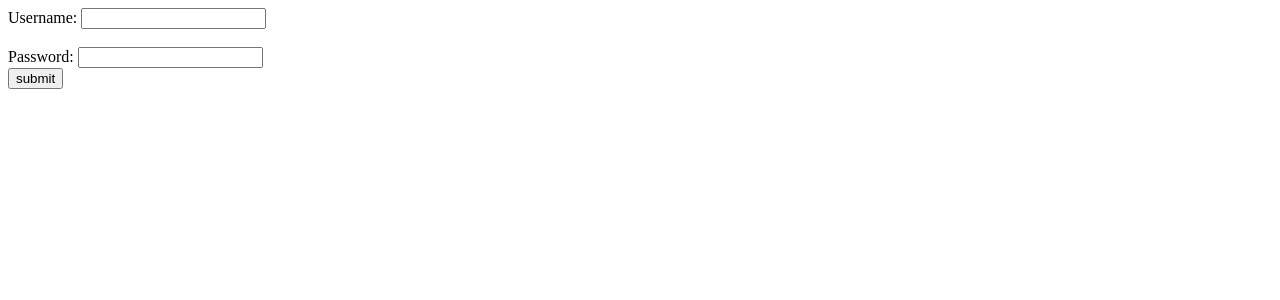
Repository: i-am-enlightened/Spring
Page: http://localhost/LoginSpringApp/login.jsp
These files come from the project's save history. The page is drawn as it stood at one moment and after the next save; the edit follows.
The browser window is 1280 px wide. The pictures show the whole page.
The page is served by Tomcat 9.

Above is the page before, as saved 2019-07-31 13:19:03.

After the next save:
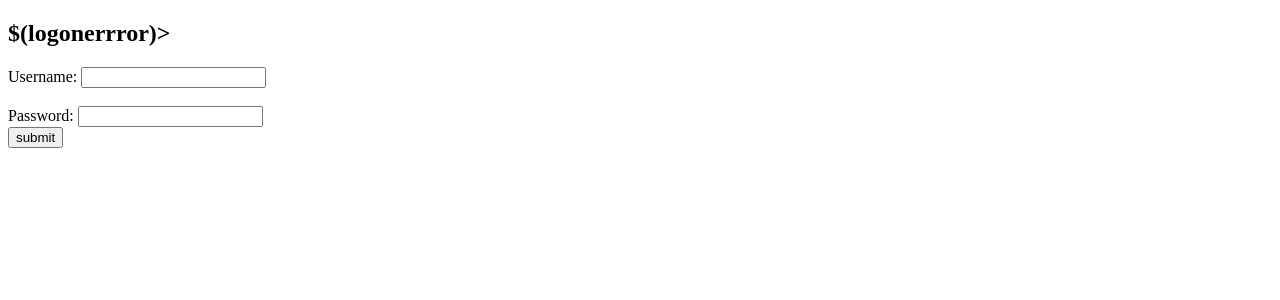
Saved 84 s later.
--- a/LoginSpringApp/WebContent/login.jsp
+++ b/LoginSpringApp/WebContent/login.jsp
@@ -7,6 +7,7 @@
 <title>Insert title here</title>
 </head>
 <body>
+	<h2>$(logonerrror)></h2>
 	<form action="validate">
 	Username: <input type="text" name="username"> <br> <br>
 	Password: <input type="password" name="password"> <br>
